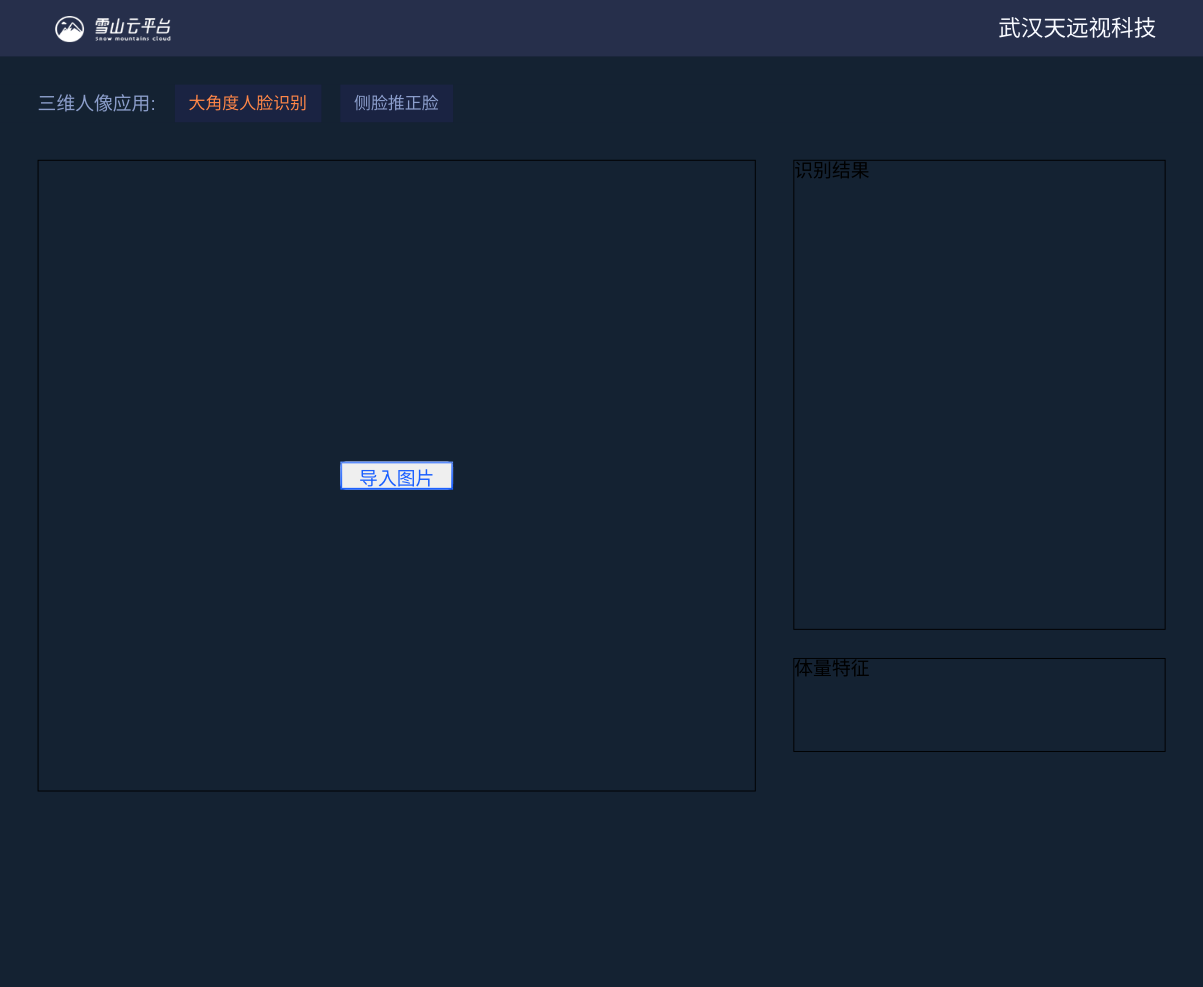
Repository: fyt2020/pubilcDemlo
Page: /
An editor plug-in stored every save of this project. The page is shown before and after the next save, followed by the edit.
The browser window is 1280 px wide. The pictures show the whole page, at 94% of full size.
The project was rebuilt for these pictures with package versions that can differ from the ones it lists, and the page was loaded fresh each time.

Above is the page before, as saved 2020-04-28 11:03:29.

After the next save:
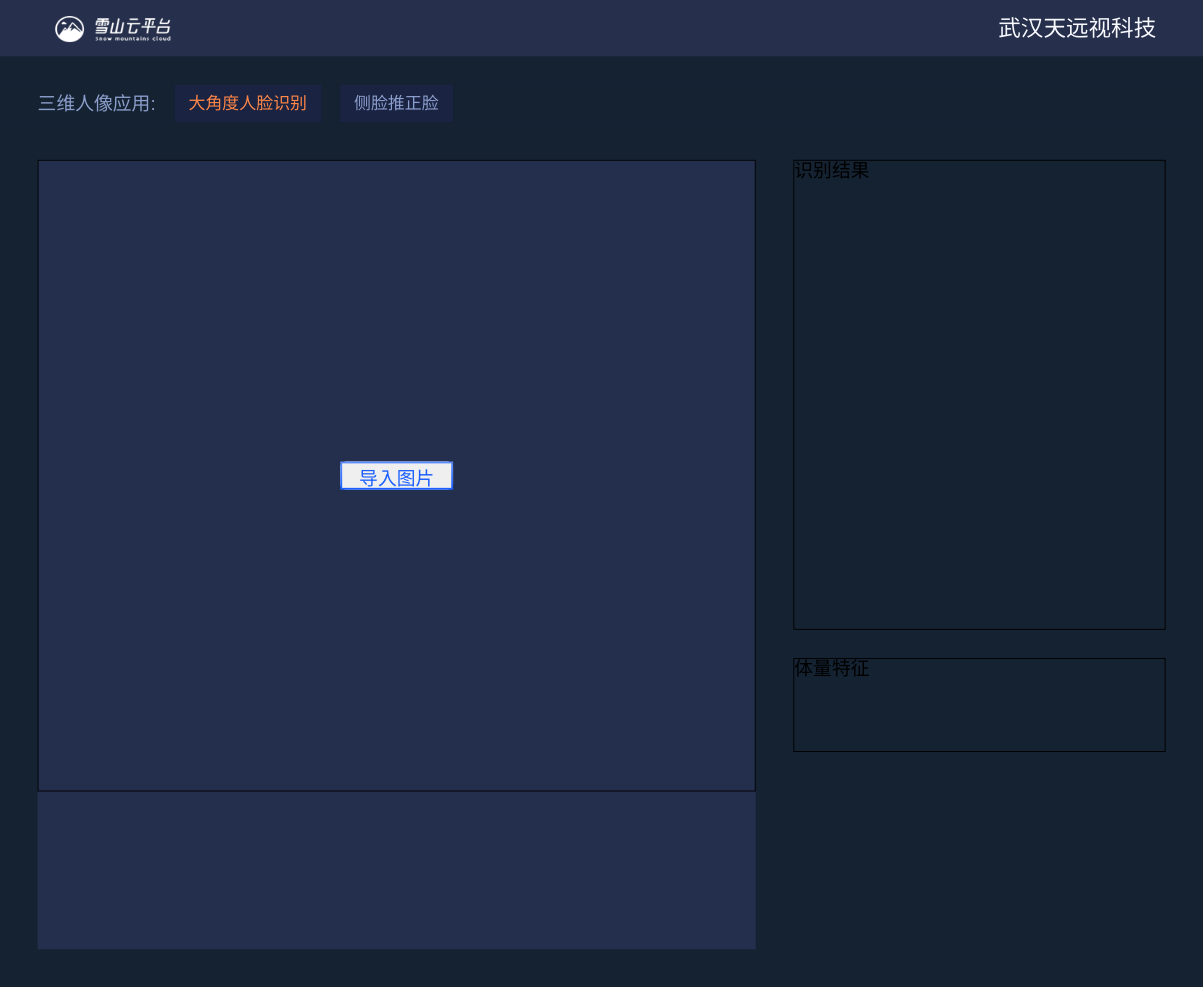
Saved 37 s later.
--- a/src/assets/css/bigAngle.scss
+++ b/src/assets/css/bigAngle.scss
@@ -8,6 +8,7 @@
         margin-right: 40px;
         display: flex;
         flex-direction: column;
+        background-color: #242f4d;
         .left__top{
              width: 100%;
              height: 80%;
